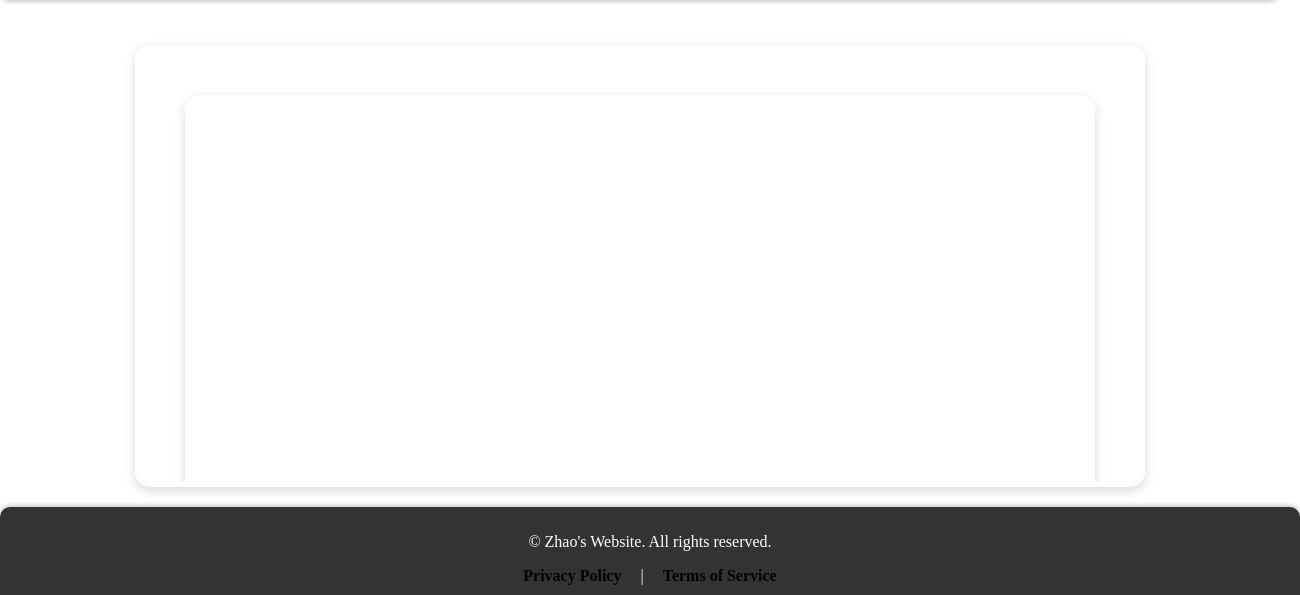
Repository: Iamnotsnowwhite/my-resume
Page: /
The author's editor kept a copy of each file at every save. The page is drawn from the files as they stood at one save, then again after a run of saves.
The browser window is 1280 px wide. The page is 1300 px wide, so the pictures cover 1300 px, including what lies to the right of the window. The pictures show the part of the page from y = 256 to 885 px (the page is 851 px tall before and 885 px after).
The project was rebuilt for these pictures with package versions that can differ from the ones it lists, and the page was loaded fresh each time. Also part of the build but not shown: src/components/About.tsx, src/pages/AboutPage.tsx, src/components/Contact.tsx, src/chatbox.css, src/pages/ContactPage.tsx, src/components/chatbox.tsx.

Above is the page before, as saved 2024-08-12 12:50:40.

### public/index.html
<!DOCTYPE html>
<html lang="en">
  <head>
    <meta charset="utf-8" />
    <link rel="icon" href="%PUBLIC_URL%/favicon.ico" />
    <meta name="viewport" content="width=device-width, initial-scale=1" />
    <meta name="theme-color" content="#000000" />
    <meta
      name="description"
      content="Web site created using create-react-app"
    />
    <link rel="apple-touch-icon" href="%PUBLIC_URL%/logo192.png" />
    <link rel="manifest" href="%PUBLIC_URL%/manifest.json" />
    <title>React App</title>
  </head>
  <body>
    <noscript>You need to enable JavaScript to run this app.</noscript>
    <div id="root"></div>
    <!--
      This HTML file is a template.
      If you open it directly in the browser, you will see an empty page.
      You can add webfonts, meta tags, or analytics to this file.
      The build step will place the bundled scripts into the <body> tag.
    -->
  </body>
</html>

### src/index.tsx
import React from 'react';
import ReactDOM from 'react-dom/client';
import './index.css';
import App from './App';

const rootElement = document.getElementById('root');

if (rootElement) {
  const root = ReactDOM.createRoot(rootElement);
  root.render(
    <React.StrictMode>
      <App />
    </React.StrictMode>
  );
}

### src/index.css
body {
  font-family: Arial, sans-serif;
  margin: 0;
  padding: 0;
  background-color: transparent; /* 设置背景透明 */
}

header {
  background-color: rgba(51, 51, 51, 0.8); /* 半透明背景 */
  color: #fff;
  padding: 1em 0;
  text-align: center;
  position: relative;
  z-index: 1; /* 确保内容在视频背景之上 */
}

header nav ul {
  list-style: none;
  padding: 0;
}

header nav ul li {
  display: inline;
  margin: 0 1em;
}

header nav ul li a {
  color: #fff;
  text-decoration: none;
}

section {
  padding: 2em;
  margin: 2em 0;
  position: relative;
  z-index: 1; /* 确保内容在视频背景之上 */
}

footer {
  text-align: center;
  padding: 1em 0;
  background-color: rgba(51, 51, 51, 0.8); /* 半透明背景 */
  color: #fff;
  position: relative;
  z-index: 1; /* 确保内容在视频背景之上 */
}

### src/App.tsx
import React from 'react';
import '/Users/guoguo/Desktop/my-resume/src/App.css'
import { BrowserRouter as Router, Route, Routes } from 'react-router-dom';
import HomePage from '/Users/guoguo/Desktop/my-resume/src/pages/HomePage';
import AboutPage from '/Users/guoguo/Desktop/my-resume/src/pages/AboutPage';
import ContactPage from '/Users/guoguo/Desktop/my-resume/src/pages/ContactPage';
import Header from '/Users/guoguo/Desktop/my-resume/src/components/Header';
import Footer from '/Users/guoguo/Desktop/my-resume/src/components/Footer';
import LanguageSwitcher from '/Users/guoguo/Desktop/my-resume/src/components/LanguageSwitcher';
import'/Users/guoguo/Desktop/my-resume/src/i18n';
import ChatBox from './components/chatbox';


const App: React.FC = () => {
  return (
    <Router>
      <Header />
      <LanguageSwitcher />
      <Routes>
        <Route path="/" element={<HomePage />} />
        <Route path="/about" element={<AboutPage />} />
        <Route path="/contact" element={<ContactPage />} />
        <Route path="/chatbox" element={<ChatBox />} />
      </Routes>
      <Footer />
    </Router>
  );
};

export default App;

### src/App.css
body {
  font-family: 'Times New Roman', Times, serif; /* 经典的衬线字体 */
  margin: 0;
  padding: 0;
  box-sizing: border-box;
  background-color: transparent; /* 背景透明以显示视频 */
  color: #000000; /* 深灰色字体 */
  text-align: center;
  z-index: 1;
  position: relative; /* 确保内容层级正常 */
}

header {
  background-color: rgba(102, 102, 102, 0.8); /* 半透明灰色背景 */
  padding: 20px;
  color: #000000; /* 深灰色字体 */
  text-align: center;
  box-shadow: 0 2px 4px rgba(0, 0, 0, 0.2);
  border-radius: 0 0 10px 10px;
  z-index: 3;
  position: relative; /* 确保header内容在视频之上 */
}

nav a {
  color: #000000; /* 深灰色字体 */
  margin: 0 15px;
  text-decoration: none;
  font-weight: bold;
}

nav a:hover {
  text-decoration: underline;
}

footer {
  background-color: rgba(0, 0, 0, 0.8); /* 半透明黑色背景 */
  padding: 10px;
  color: #ffffff;
  text-align: center;
  position: relative;
  bottom: 0;
  width: 100%;
  box-shadow: 0 -2px 4px rgba(0, 0, 0, 0.2);
  border-radius: 10px 10px 0 0;
  z-index: 3;
}

h1, h2 {
  color: #000000; /* 深灰色字体 */
  font-family: 'Georgia', serif; /* 高级的衬线字体 */
}

ul {
  list-style-type: none; /* 无项目符号 */
  padding-left: 0;
  color: #333333; /* 深灰色字体 */
}

li {
  margin: 10px 0;
}

button {
  background-color: #333333; /* 深灰色背景 */
  color: #ffffff; /* 白色字体 */
  border: none;
  padding: 10px 20px;
  cursor: pointer;
  border-radius: 5px;
  font-size: 16px;
  transition: background-color 0.3s ease;
  z-index: 3;
  position: relative;
}

button:hover {
  background-color: #555555; /* 更浅的灰色 */
}

.container {
  max-width: 800px;
  margin: 20px auto;
  padding: 20px;
  background-color: rgba(255, 255, 255, 0.9); /* 半透明白色背景 */
  color: #333333; /* 深灰色字体 */
  box-shadow: 0 4px 8px rgba(0, 0, 0, 0.1);
  border-radius: 10px;
  text-align: left; /* 内容居左 */
  z-index: 2;
  position: relative;
}

a {
  color: #8e8e8e; /* 深灰色字体 */
  text-decoration: none;
}

a:hover {
  text-decoration: underline;
}

input, textarea {
  width: 100%;
  padding: 10px;
  margin: 10px 0;
  border: 2px solid #333333; /* 深灰色边框 */
  border-radius: 5px;
  box-sizing: border-box;
  background-color: #f5f5f5; /* 浅灰色背景 */
  color: #333333; /* 深灰色字体 */
}

input[type="submit"] {
  background-color: #333333; /* 深灰色背景 */
  border: none;
  color: #ffffff; /* 白色字体 */
  cursor: pointer;
  padding: 10px 20px;
  border-radius: 5px;
}

input[type="submit"]:hover {
  background-color: #555555; /* 更浅的灰色 */
}

.content {
  position: relative;
  z-index: 2;
  color: white; /* 根据你的设计需求调整 */
}

### src/pages/HomePage.tsx
import React from 'react';
import '/Users/guoguo/Desktop/my-resume/src/homepage.css'; // 确保你有这个CSS文件来处理样式
import BackgroundVideo from '/Users/guoguo/Desktop/my-resume/src/components/backgroundvideo';

const HomePage: React.FC = () => {
  return (
    <div className="homepage-container">
      <p></p>
      <div className="video-container">
        <BackgroundVideo />
      </div>
    </div>
  );
};

export default HomePage;

### src/components/Header.tsx
import React from 'react';
import {Link} from 'react-router-dom';
import {useTranslation } from 'react-i18next';
import '/Users/guoguo/Desktop/my-resume/src/Header.css';

const Header: React.FC = () => {
  const { t } = useTranslation();
  return (
    <header className="header">
      <div className="header-container">
      {/* <img src={} alt="Logo" /> */}
      <h2>{t("Welcome to my website!")}</h2>
      <h1>{t("Zhaoguo Wei")}</h1>
      <nav>
        <ul>
        <Link to="/">Home</Link> | <Link to="/about">About</Link> | <Link to="/contact">Contact</Link> | <Link to="/chatbox">ChatBox</Link>
        </ul>
      </nav>
      </div>
    </header>
  );
};

export default Header;

### src/components/Footer.tsx
import React from 'react';
import { useTranslation} from 'react-i18next';

const Footer: React.FC = () => {
    const { t } = useTranslation();
  return (
    <footer>
      <p>{t("© Zhao's Website. All rights reserved.")}</p>
      <nav>
        <a href="/privacy">Privacy Policy</a> | <a href="/terms">Terms of Service</a>
      </nav>
    </footer>
  );
}

export default Footer;

### src/components/LanguageSwitcher.tsx
// src/components/LanguageSwitcher.tsx
import React, { useState } from 'react';
import { useTranslation } from 'react-i18next';
import '/Users/guoguo/Desktop/my-resume/src/LanguageSwitcher.css'; // 根据你的项目结构调整路径

const LanguageSwitcher: React.FC = () => {
  const { i18n } = useTranslation();
  const [isOpen, setIsOpen] = useState(false);

  const toggleDropdown = () => {
    setIsOpen(!isOpen);
  };

  const changeLanguage = (lng: string) => {
    i18n.changeLanguage(lng);
    setIsOpen(false); // 关闭下拉列表
  };

  return (
    <div className="language-switcher">
      <button onClick={toggleDropdown}>
        {i18n.language.toUpperCase()} ▼
      </button>
      {isOpen && (
        <ul className="language-list">
          <li onClick={() => changeLanguage('en')}>English</li>
          <li onClick={() => changeLanguage('de')}>Deutsch</li>
          <li onClick={() => changeLanguage('ch')}>中文</li>
        </ul>
      )}
    </div>
  );
};

export default LanguageSwitcher;

### src/i18n.ts
import i18n from 'i18next';
import { initReactI18next } from 'react-i18next';
import LanguageDetector from 'i18next-browser-languagedetector';

// 导入翻译文件
import translationEn from '/Users/guoguo/Desktop/my-resume/src/locales/en/translation.json';
import translationCh from '/Users/guoguo/Desktop/my-resume/src/locales/ch/translation.json';
import translationDe from '/Users/guoguo/Desktop/my-resume/src/locales/de/translation.json';

// 初始化 i18next
i18n
  .use(initReactI18next) // 将 i18n 集成到 React 中
  .use(LanguageDetector) // 使用浏览器语言检测插件
  .init({
    resources: {
      en: {
        translation: translationEn,
      },
      ch: {
        translation: translationCh,
      },
      de: {
        translation: translationDe,
      },
    },
    fallbackLng: 'en', // 当所选语言的翻译不可用时，回退到英语
    interpolation: {
      escapeValue: false, // React 已经自动进行转义
    },
    detection: {
      order: ['querystring', 'cookie', 'localStorage', 'navigator', 'htmlTag', 'path', 'subdomain'],
      caches: ['localStorage', 'cookie'], // 设置语言检测的缓存方式
    },
  });

export default i18n;

### src/homepage.css
.homepage-container {
    position: relative;
    text-align: center;
    padding-top: 25px; /* 添加一点顶部内边距 */
}


.video-container {
    position: relative;
    width: 90%; /* 调整为90%宽度，留出一些边距 */
    max-width: 1000px; /* 设置最大宽度 */
    height: 60vh; /* 固定高度为视窗高度的60% */
    overflow: hidden;
    margin: 20px auto; /* 居中并在上下添加20px的外边距 */
    border-radius: 15px; /* 添加圆角 */
    box-shadow: 0 4px 12px rgba(0, 0, 0, 0.15); /* 添加阴影效果 */
    background-color: white; /* 白色背景，确保白边效果 */
    border: 5px solid #ffffff; /* 白色边框，增强白边效果 */
}

.background-video {
    width: 100%;
    height: 100%;
    object-fit: cover; /* 确保视频充满容器 */
}

.content {
    position: relative;
    z-index: 2;
    padding: 20px;
    background: rgba(169, 169, 169, 0.8); /* 半透明灰色背景 */
    margin-top: 20px; /* 适当增加margin，避免内容过度靠近视频 */
    box-shadow: 0 4px 8px rgba(0, 0, 0, 0.2); /* 添加阴影效果 */
    max-width: 800px;
    margin-left: auto;
    margin-right: auto;
    border-radius: 10px;
    background-color: white; /* 内容的背景色 */
}

/* 适应小屏幕 */
@media (max-width: 768px) {
    .content {
        margin-top: 20px; /* 在小屏幕上适当增加margin，避免过度重叠 */
        padding: 15px;
        box-shadow: none; /* 移除阴影以简化小屏幕布局 */
    }

    .video-container {
        height: 40vh; /* 在小屏幕上减少视频的高度 */
    }
}

### src/components/backgroundvideo.tsx
import React from 'react';
import '/Users/guoguo/Desktop/my-resume/src/homepage.css';
import ReactPlayer from 'react-player';

const BackgroundVideo: React.FC = () => {
    return (
        <div className="homepage-container">
          <div className="video-container">
            <ReactPlayer
              url="https://youtu.be/A53nWs7l6JI?si=Tg8TL9aR7tLnRTJ9D"
              controls={true}
              width="100%"
              height="100%"
            />
          </div>
        </div>
      );
    };
export default BackgroundVideo;

### src/Header.css
/* src/components/Header.css */
.header {
    background-color: #333;
    color: white;
    padding: 20px;
    position: relative; /* 为绝对定位的元素提供参考 */
    display: flex;
    flex-direction: column; /* 使内容垂直排列 */
    justify-content: center; /* 水平居中内容 */
    align-items: center; /* 垂直居中内容 */
    text-align: center; /* 居中文字 */
    height: 30vh; /* 让header占据整个视窗高度，确保内容居中 */
    background-image: url('/Users/guoguo/Desktop/my-resume/src/header_background.jpg'); /* 替换为你的图片路径 */
    background-size: cover; /* 确保图片覆盖整个背景 */
    background-position: center; /* 确保背景图居中显示 */
    background-repeat: no-repeat; /* 防止背景图片重复 */
  }

  .header-container {
    display: flex;
    flex-direction: column;
    align-items: center;
    justify-content: center;
  }

  .header h1,
  .header p {
    margin: 0;
    padding: 10px 0;
  }

  .language-switcher {
    position: absolute;
    top: 20px; /* 调整语言切换按钮的垂直位置 */
    right: 20px; /* 调整语言切换按钮的水平位置 */
    display: flex;
    gap: 10px;
  }

### src/LanguageSwitcher.css
/* src/components/LanguageSwitcher.css */
.language-switcher {
  position: absolute;
  top: 20px;
  right: 20px;
  display: inline-block;
  z-index: 1000; /* 确保语言切换器在其他元素之上 */
}

.language-switcher button {
  background-color: #555;
  color: white;
  padding: 10px 20px;
  cursor: pointer;
  border: none;
  border-radius: 4px;
  font-size: 14px;
  display: flex;
  align-items: center;
  z-index: 1001; /* 确保按钮在其他内容之上 */
}

.language-list {
  position: absolute;
  top: 100%;
  right: 0; /* 将下拉列表与按钮右对齐 */
  background-color: white;
  border: 1px solid #ccc;
  border-radius: 4px;
  padding: 0;
  margin: 5px 0 0;
  list-style: none;
  min-width: 150px; /* 确保下拉列表有足够宽度 */
  box-shadow: 0 8px 16px rgba(0, 0, 0, 0.2);
  z-index: 1002; /* 确保下拉列表在其他元素之上 */
}

.language-list li {
  padding: 10px;
  cursor: pointer;
  background-color: white;
  text-align: center;
}

.language-list li:hover {
  background-color: #f0f0f0;
}

### src/locales/en/translation.json
{
  "header": {
    "Welcome to my website!": "Welcome to my website!",
    "Zhaoguo Wei": "Zhaoguo Wei",
    "nav": {
      "Home": "Home",
      "About": "About",
      "Contact": "Contact"
    }
  },

  "about": {
    "This is ME !": "This is ME !",
    "I am a student in computer science 5. Semester": "I am a student in computer science 5. Semester",
    "lived in Germany for over 7 years": "lived in Germany for over 7 years",
    "speak chinese, german and english": "speak chinese, german and english (fluently or in other word: Sicher in Wort und Schrift)",
    "Education": "Education",
    "Freie Universität Berlin": "Freie Universität Berlin",
    "B.Sc. Computer Science (Informatik) (2022 - now)": "B.Sc. Computer Science (Informatik) (2022 - now)",
    "Friedrich Ebert Gymnasium": "Friedrich Ebert Gymnasium",
    "Graduated in 2022": "Graduated in 2022",
    "Work-experience": "Work-experience",
    "Work student - SynTAGit": "Work student - SynTAGit",
    "(2024.Aug)": "(2024.Aug)",
    "Übersetzerin - Yixue Bildungszentrum": "Übersetzerin - Yixue Bildungszentrum",
    "offering seamless translation in both directions.": "offering seamless translation in both directions.",
    "(2020 - now)": "(2020 - now)",
    "freelance illustrator": "freelance illustrator",
    "Beemybox - Designed Landing page and product packaging": "Beemybox - Designed Landing page and product packaging",
    "Yixue Bildungszentrum - Illustration greeting cards and book illustrations": "Yixue Bildungszentrum - Illustration greeting cards and book illustrations",
    "(2019 - now)": "(2019 - now)",
    "Projects": "Projects",
    "Data Analysis with Python": "Data Analysis with Python",
    "Object-Oriented Programming Project": "Object-Oriented Programming Project",
    "linkText": "Have a look",
    "Skills": "Skills",
    "Programming Languages": "Programming Languages: JavaScript, TypeScript, Python, Java, C/C++, Haskell",
    "Front-End": "Front-End: React, HTML, CSS",
    "Back-End": "Back-End: Node.js, Express, MongoDB",
    "Tools": "Tools: Git",
    "Design": "Design: Flyer production",
    "Illustration/Painting": "Illustration/Painting: More realistic style",
    "Tools/Programs (Computer)": "Tools/Programs (Computer): Adobe Illustrator, Photoshop, InDesign, Blender",
    "Tools/Programs (iPad)": "Tools/Programs (iPad): Procreate, Nomad"

  }
}

### src/locales/ch/translation.json
{
"header": {
    "Welcome to my website!": "欢迎来到我的网站",
    "Zhaoguo Wei": "魏兆果",
    "nav": {
        "Home": "主页",
        "About": "关于我",
        "Contact": "联系我吧！"
    }
},

"about": {
    "This is ME !": "这是我！",
    "I am a student in computer science 5. Semester": "我是一名计算机科学第五学期的大学生",
    "lived in Germany for over 7 years": "已经在德国生活了七年啦",
    "speak chinese, german and english": "能流利地说中文、德语和英语，口语写作都没问题",
    "Education": "学历",
    "Freie Universität Berlin": "柏林自由大学",
    "B.Sc. Computer Science (Informatik) (2022 - now)": "计算机本科 （2022-至今）",
    "Friedrich Ebert Gymnasium": "弗里德里希·艾伯特文理高中",
    "Graduated in 2022": "已经在2022年毕业",
    "Work-experience": "工作经历",
    "Work student - SynTAGit": "学生工 - SynTAGit",
    "(2024.Aug)": "2024年8月",
    "Übersetzerin - Yixue Bildungszentrum": "翻译 - Yixue Bildungszentrum",
    "offering seamless translation in both directions.": "提供无缝的双向翻译。",
    "(2020 - now)": "(2020 - 至今)",
    "freelance illustrator": "自由插画师",
    "Beemybox - Designed Landing page and product packaging": "Beemybox - 网页设计和产品包装设计",
    "Yixue Bildungszentrum - Illustration greeting cards and book illustrations": "Yixue Bildungszentrum - 贺卡和书籍插图设计",
    "(2019 - now)": "(2019 - 至今)",
    "Projects": "项目",
    "Data Analysis with Python": "Python 数据分析",
    "Object-Oriented Programming Project": "面向对象编程项目",
    "linkText": "看看吧",
    "Skills": "技能",
    "Programming Languages": "编程语言：JavaScript, TypeScript, Python, Java, C/C++, Haskell",
    "Front-End": "前端：React, HTML, CSS",
    "Back-End": "后端：Node.js, Express, MongoDB",
    "Tools": "工具：Git",
    "Design": "设计：宣传单制作",
    "Illustration/Painting": "插画/绘画：更现实的风格",
    "Tools/Programs (Computer)": "工具/程序 (计算机)：Adobe Illustrator, Photoshop, InDesign, Blender",
    "Tools/Programs (iPad)": "工具/程序 (iPad)：Procreate, Nomad"
}
}

### src/locales/de/translation.json
{
  "header": {
    "Welcome to my website!": "Willkommen auf meiner Website!",
    "Zhaoguo Wei": "Zhaoguo Wei",
    "nav": {
      "Home": "Startseite",
      "About": "Über mich",
      "Contact": "Kontakt"
    }
  },

  "about": {
    "This is ME !": "Das bin ICH!",
    "I am a student in computer science 5. Semester": "Ich bin Student im 5. Semester Informatik",
    "lived in Germany for over 7 years": "Ich lebe seit über 7 Jahren in Deutschland",
    "speak chinese, german and english": "Ich spreche Chinesisch, Deutsch und Englisch (fließend oder in anderen Worten: Sicher in Wort und Schrift)",
    "Education": "Bildung",
    "Freie Universität Berlin": "Freie Universität Berlin",
    "B.Sc. Computer Science (Informatik) (2022 - now)": "B.Sc. Informatik (2022 - jetzt)",
    "Friedrich Ebert Gymnasium": "Friedrich Ebert Gymnasium",
    "Graduated in 2022": "Abschluss im Jahr 2022",
    "Work-experience": "Berufserfahrung",
    "Work student - SynTAGit": "Werkstudent - SynTAGit",
    "(2024.Aug)": "(2024.Aug)",
    "Übersetzerin - Yixue Bildungszentrum": "Übersetzerin - Yixue Bildungszentrum",
    "offering seamless translation in both directions.": "Biete nahtlose Übersetzungen in beide Richtungen an.",
    "(2020 - now)": "(2020 - jetzt)",
    "freelance illustrator": "Freiberufliche Illustratorin",
    "Beemybox - Designed Landing page and product packaging": "Beemybox - Gestaltung der Landing Page und Produktverpackung",
    "Yixue Bildungszentrum - Illustration greeting cards and book illustrations": "Yixue Bildungszentrum - Gestaltung von Grußkarten und Buchillustrationen",
    "(2019 - now)": "(2019 - jetzt)",
    "Projects": "Projekte",
    "Data Analysis with Python": "Datenanalyse mit Python",
    "Object-Oriented Programming Project": "Objektorientiertes Programmierprojekt",
    "linkText": "Schau mal rein",
    "Skills": "Fähigkeiten",
    "Programming Languages": "Programmiersprachen: JavaScript, TypeScript, Python, Java, C/C++, Haskell",
    "Front-End": "Front-End: React, HTML, CSS",
    "Back-End": "Back-End: Node.js, Express, MongoDB",
    "Tools": "Werkzeuge: Git",
    "Design": "Design: Flyerproduktion",
    "Illustration/Painting": "Illustration/Malerei: Realistischere Stilrichtung",
    "Tools/Programs (Computer)": "Tools/Programme (Computer): Adobe Illustrator, Photoshop, InDesign, Blender",
    "Tools/Programs (iPad)": "Tools/Programme (iPad): Procreate, Nomad"
  }
}

After the next 3 saves:
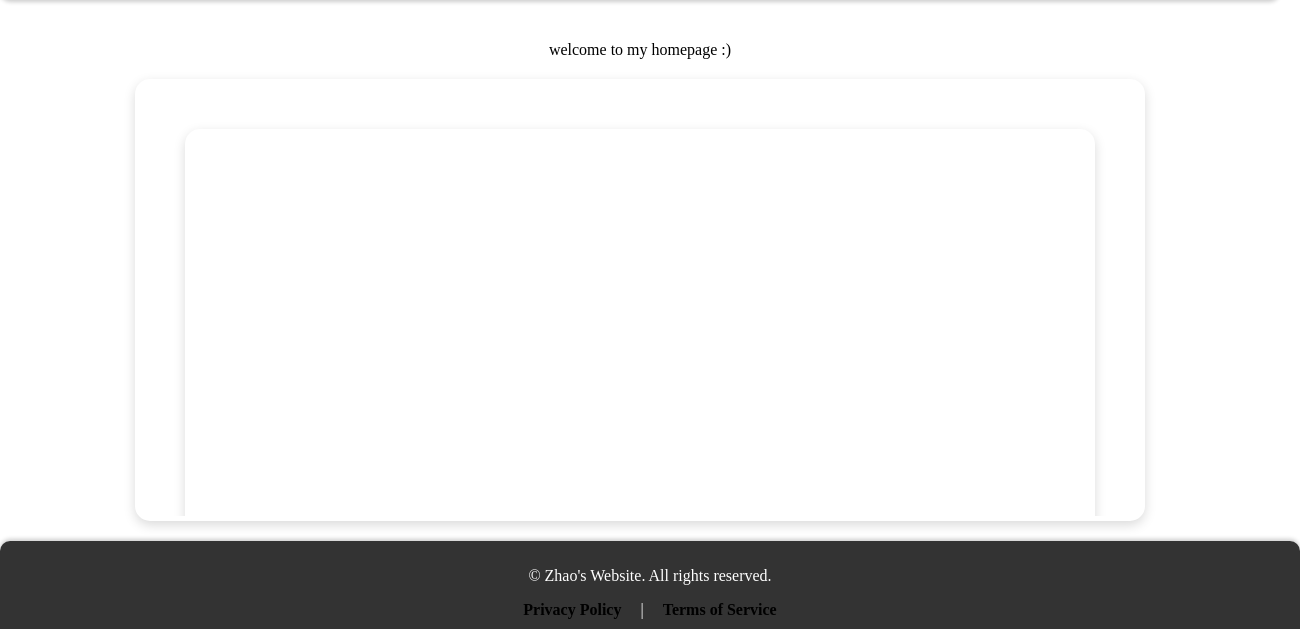
The 3 saves are shown as one change because they came seconds apart.
The last was saved 16 s later.
--- a/src/pages/HomePage.tsx
+++ b/src/pages/HomePage.tsx
@@ -5,7 +5,7 @@ import BackgroundVideo from '/Users/guoguo/Desktop/my-resume/src/components/back
 const HomePage: React.FC = () => {
   return (
     <div className="homepage-container">
-      <p></p>
+      <p>welcome to my homepage :)</p>
       <div className="video-container">
         <BackgroundVideo />
       </div>
